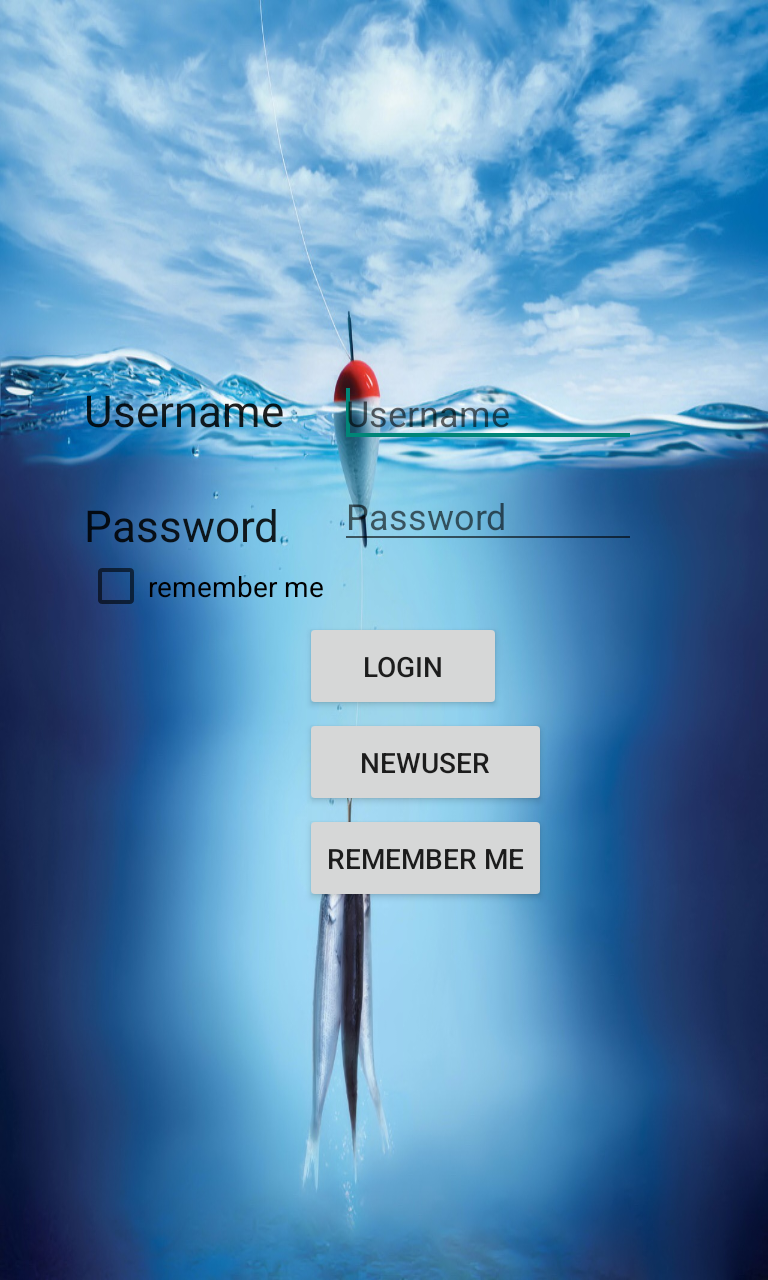
Repository: zerox2012/Fall2014Android
Layout: FishingBuddy/res/layout/activity_login.xml
The author's editor kept a copy of each file at every save. The layout is drawn from the files as they stood at one save, then again after the next save.
It is drawn on a 768 x 1280 px phone screen (xhdpi) without system bars, with theme AppTheme; the app's code is not run.

Above is the layout before, as saved 2014-10-20 18:54:11.

### FishingBuddy/res/layout/activity_login.xml
<RelativeLayout xmlns:android="http://schemas.android.com/apk/res/android"
    xmlns:tools="http://schemas.android.com/tools"
    android:layout_width="match_parent"
    android:layout_height="match_parent"
    android:background="@drawable/login"
    android:paddingBottom="@dimen/activity_vertical_margin"
    android:paddingLeft="@dimen/activity_horizontal_margin"
    android:paddingRight="@dimen/activity_horizontal_margin"
    android:paddingTop="@dimen/activity_vertical_margin"
    tools:context="usf.fall2014.android.fishingbuddy.Login" >

    <TextView
        android:id="@+id/textView2"
        android:layout_width="wrap_content"
        android:layout_height="wrap_content"
        android:layout_alignLeft="@+id/textView1"
        android:layout_below="@+id/textView1"
        android:layout_marginTop="28dp"
        android:text="@string/password"
        android:textAppearance="?android:attr/textAppearanceLarge" />

    <requestFocus />

    <EditText
        android:id="@+id/username"
        android:layout_width="150dp"
        android:layout_height="wrap_content"
        android:layout_alignBaseline="@+id/textView1"
        android:layout_alignBottom="@+id/textView1"
        android:layout_marginLeft="27dp"
        android:layout_toRightOf="@+id/textView1"
        android:ems="10"
        android:hint="@string/user_name"
        android:inputType="text"
        android:scrollHorizontally="false" />

    <EditText
        android:id="@+id/input_username"
        android:layout_width="150dp"
        android:layout_height="wrap_content"
        android:layout_alignBottom="@+id/textView2"
        android:layout_alignLeft="@+id/username"
        android:ems="10"
        android:hint="@string/password"
        android:inputType="textPassword" />

    <TextView
        android:id="@+id/textView1"
        android:layout_width="wrap_content"
        android:layout_height="wrap_content"
        android:layout_alignParentLeft="true"
        android:layout_alignParentTop="true"
        android:layout_marginLeft="26dp"
        android:layout_marginTop="174dp"
        android:text="@string/user_name"
        android:textAppearance="?android:attr/textAppearanceLarge" />

    <Button
        android:id="@+id/button_new_user"
        android:layout_width="wrap_content"
        android:layout_height="wrap_content"
        android:layout_alignLeft="@+id/button_login"
        android:layout_alignRight="@+id/input_username"
        android:layout_below="@+id/button_login"
        android:layout_marginRight="45dp"
        android:text="@string/title_activity_new_user" />

    <Button
        android:id="@+id/button_forgot_password"
        android:layout_width="wrap_content"
        android:layout_height="wrap_content"
        android:layout_alignRight="@+id/input_username"
        android:layout_below="@+id/button_new_user"
        android:layout_marginRight="45dp"
        android:text="@string/remember_me" />

    <CheckBox
        android:id="@+id/checkBox1"
        android:layout_width="wrap_content"
        android:layout_height="wrap_content"
        android:layout_alignLeft="@+id/textView2"
        android:layout_below="@+id/textView2"
        android:text="@string/remember_me" />

    <Button
        android:id="@+id/button_login"
        android:layout_width="100dp"
        android:layout_height="wrap_content"
        android:layout_alignLeft="@+id/button_forgot_password"
        android:layout_below="@+id/checkBox1"
        android:text="@string/button_login" />

</RelativeLayout>

### FishingBuddy/res/values/strings.xml
<?xml version="1.0" encoding="utf-8"?>
<resources>

    <string name="app_name">FishingBuddy</string>
    <string name="hello_world">Hello world!</string>
    <string name="action_settings">Settings</string>
    <string name="title_activity_main_menu">MainMenu</string>
    <string name="title_activity_gallery">Gallery</string>
    <string name="title_activity_message">Message</string>
    <string name="title_activity_new_user">NewUser</string>
    <string name="title_activity_forgot_password">ForgotPassword</string>
    <string name="title_activity_map">Map</string>
    <string name="user_name">Username</string>
    <string name="password">Password</string>
    <string name="button_login">Login</string>
    <string name="new_user">New User</string>
    <string name="forgot_password">Forgot Password</string>
    <string name="remember_me">remember me</string>

</resources>

Loaded but not shown: FishingBuddy/res/values/styles.xml (common file); FishingBuddy/res/values-v11/styles.xml (common file); FishingBuddy/res/values-v14/styles.xml (common file); FishingBuddy/res/values/dimens.xml (common file); FishingBuddy/res/values-w820dp/dimens.xml (common file)

After the next save:
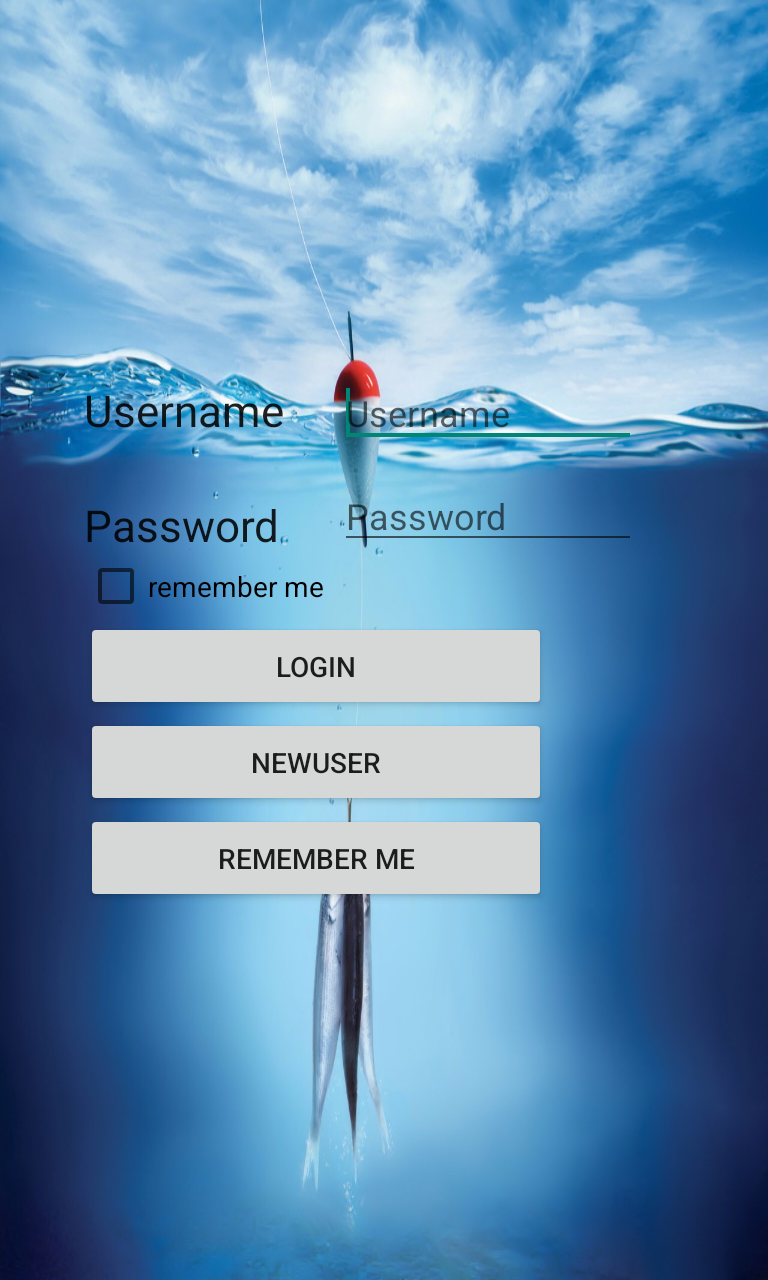
Saved 2 min 16 s later.
--- a/FishingBuddy/res/layout/activity_login.xml
+++ b/FishingBuddy/res/layout/activity_login.xml
@@ -56,19 +56,10 @@
         android:textAppearance="?android:attr/textAppearanceLarge" />
 
     <Button
-        android:id="@+id/button_new_user"
-        android:layout_width="wrap_content"
-        android:layout_height="wrap_content"
-        android:layout_alignLeft="@+id/button_login"
-        android:layout_alignRight="@+id/input_username"
-        android:layout_below="@+id/button_login"
-        android:layout_marginRight="45dp"
-        android:text="@string/title_activity_new_user" />
-
-    <Button
         android:id="@+id/button_forgot_password"
         android:layout_width="wrap_content"
         android:layout_height="wrap_content"
+        android:layout_alignLeft="@+id/checkBox1"
         android:layout_alignRight="@+id/input_username"
         android:layout_below="@+id/button_new_user"
         android:layout_marginRight="45dp"
@@ -86,8 +77,18 @@
         android:id="@+id/button_login"
         android:layout_width="100dp"
         android:layout_height="wrap_content"
-        android:layout_alignLeft="@+id/button_forgot_password"
+        android:layout_alignLeft="@+id/checkBox1"
+        android:layout_alignRight="@+id/button_forgot_password"
         android:layout_below="@+id/checkBox1"
         android:text="@string/button_login" />
 
+    <Button
+        android:id="@+id/button_new_user"
+        android:layout_width="wrap_content"
+        android:layout_height="wrap_content"
+        android:layout_alignLeft="@+id/button_login"
+        android:layout_alignRight="@+id/button_forgot_password"
+        android:layout_below="@+id/button_login"
+        android:text="@string/title_activity_new_user" />
+
 </RelativeLayout>
